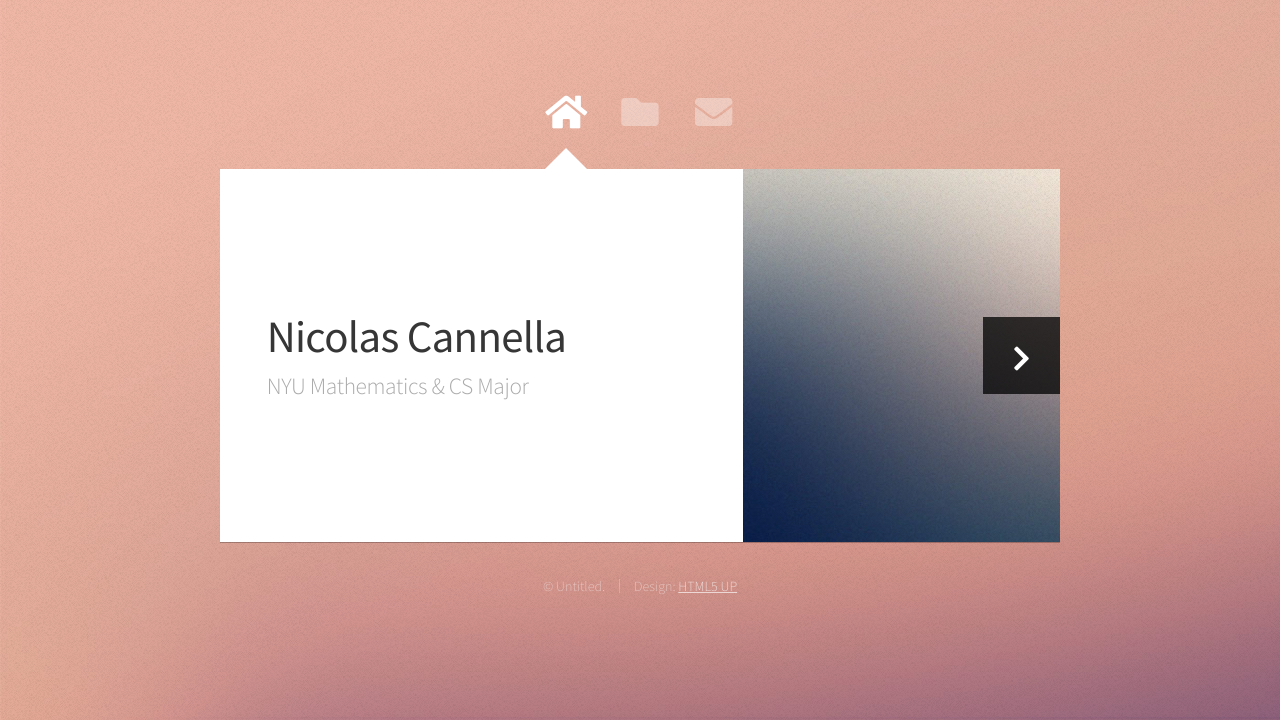
Repository: Lunarros/personal-website
Page: index.html
These files come from the project's save history. The page is drawn as it stood at one moment and after a run of saves; the edit follows.
The browser window is 1280 px wide. The pictures show the whole page.

Above is the page before, as saved 2024-07-26 02:27:06.

### index.html
<!DOCTYPE HTML>
<!--
	Astral by HTML5 UP
	html5up.net | @ajlkn
	Free for personal and commercial use under the CCA 3.0 license (html5up.net/license)
-->
<html>
	<head>
		<title>Astral by HTML5 UP</title>
		<meta charset="utf-8" />
		<meta name="viewport" content="width=device-width, initial-scale=1, user-scalable=no" />
		<link rel="stylesheet" href="assets/css/main.css" />
		<noscript><link rel="stylesheet" href="assets/css/noscript.css" /></noscript>
	</head>
	<body class="is-preload">

		<!-- Wrapper-->
			<div id="wrapper">

				<!-- Nav -->
					<nav id="nav">
						<a href="#" class="icon solid fa-home"><span>Home</span></a>
						<a href="#work" class="icon solid fa-folder"><span>Work</span></a>
						<a href="#contact" class="icon solid fa-envelope"><span>Contact</span></a>
					</nav>

				<!-- Main -->
					<div id="main">

						<!-- Me -->
							<article id="home" class="panel intro">
								<header>
									<h1>Nicolas Cannella</h1>
									<p>NYU Mathematics & CS Major</p>
								</header>
								<a href="#work" class="jumplink pic">
									<span class="arrow icon solid fa-chevron-right"><span>See my work</span></span>
									<img src="images/me.jpg" alt="" />
								</a>
							</article>

						<!-- Work -->
							<article id="work" class="panel">
								<header>
									<h2>Work</h2>
								</header>
								<p>
									Phasellus enim sapien, blandit ullamcorper elementum eu, condimentum eu elit.
									Vestibulum ante ipsum primis in faucibus orci luctus et ultrices posuere cubilia
									luctus elit eget interdum.
								</p>
								<section>
									<div class="row">
										<div class="col-4 col-6-medium col-12-small">
											<a href="#" class="image fit"><img src="images/pic01.jpg" alt=""></a>
										</div>
										<div class="col-4 col-6-medium col-12-small">
											<a href="#" class="image fit"><img src="images/pic02.jpg" alt=""></a>
										</div>
										<div class="col-4 col-6-medium col-12-small">
											<a href="#" class="image fit"><img src="images/pic03.jpg" alt=""></a>
										</div>
										<div class="col-4 col-6-medium col-12-small">
											<a href="#" class="image fit"><img src="images/pic04.jpg" alt=""></a>
										</div>
										<div class="col-4 col-6-medium col-12-small">
											<a href="#" class="image fit"><img src="images/pic05.jpg" alt=""></a>
										</div>
										<div class="col-4 col-6-medium col-12-small">
											<a href="#" class="image fit"><img src="images/pic06.jpg" alt=""></a>
										</div>
										<div class="col-4 col-6-medium col-12-small">
											<a href="#" class="image fit"><img src="images/pic07.jpg" alt=""></a>
										</div>
										<div class="col-4 col-6-medium col-12-small">
											<a href="#" class="image fit"><img src="images/pic08.jpg" alt=""></a>
										</div>
										<div class="col-4 col-6-medium col-12-small">
											<a href="#" class="image fit"><img src="images/pic09.jpg" alt=""></a>
										</div>
										<div class="col-4 col-6-medium col-12-small">
											<a href="#" class="image fit"><img src="images/pic10.jpg" alt=""></a>
										</div>
										<div class="col-4 col-6-medium col-12-small">
											<a href="#" class="image fit"><img src="images/pic11.jpg" alt=""></a>
										</div>
										<div class="col-4 col-6-medium col-12-small">
											<a href="#" class="image fit"><img src="images/pic12.jpg" alt=""></a>
										</div>
									</div>
								</section>
							</article>

						<!-- Contact -->
							<article id="contact" class="panel">
								<header>
									<h2>Contact Me</h2>
								</header>
								<form action="#" method="post">
									<div>
										<div class="row">
											<div class="col-6 col-12-medium">
												<input type="text" name="name" placeholder="Name" />
											</div>
											<div class="col-6 col-12-medium">
												<input type="text" name="email" placeholder="Email" />
											</div>
											<div class="col-12">
												<input type="text" name="subject" placeholder="Subject" />
											</div>
											<div class="col-12">
												<textarea name="message" placeholder="Message" rows="6"></textarea>
											</div>
											<div class="col-12">
												<input type="submit" value="Send Message" />
											</div>
										</div>
									</div>
								</form>
							</article>

					</div>

				<!-- Footer -->
					<div id="footer">
						<ul class="copyright">
							<li>&copy; Untitled.</li><li>Design: <a href="http://html5up.net">HTML5 UP</a></li>
						</ul>
					</div>

			</div>

		<!-- Scripts -->
			<script src="assets/js/jquery.min.js"></script>
			<script src="assets/js/browser.min.js"></script>
			<script src="assets/js/breakpoints.min.js"></script>
			<script src="assets/js/util.js"></script>
			<script src="assets/js/main.js"></script>

	</body>
</html>

Loaded but not shown: assets/js/jquery.min.js (library); assets/js/browser.min.js (common file); assets/js/breakpoints.min.js (common file); assets/css/fontawesome-all.min.css (library); assets/js/util.js (587 lines, source omitted); assets/js/main.js (212 lines, source omitted); assets/css/main.css (2191 lines, source omitted)

After the next 8 saves:
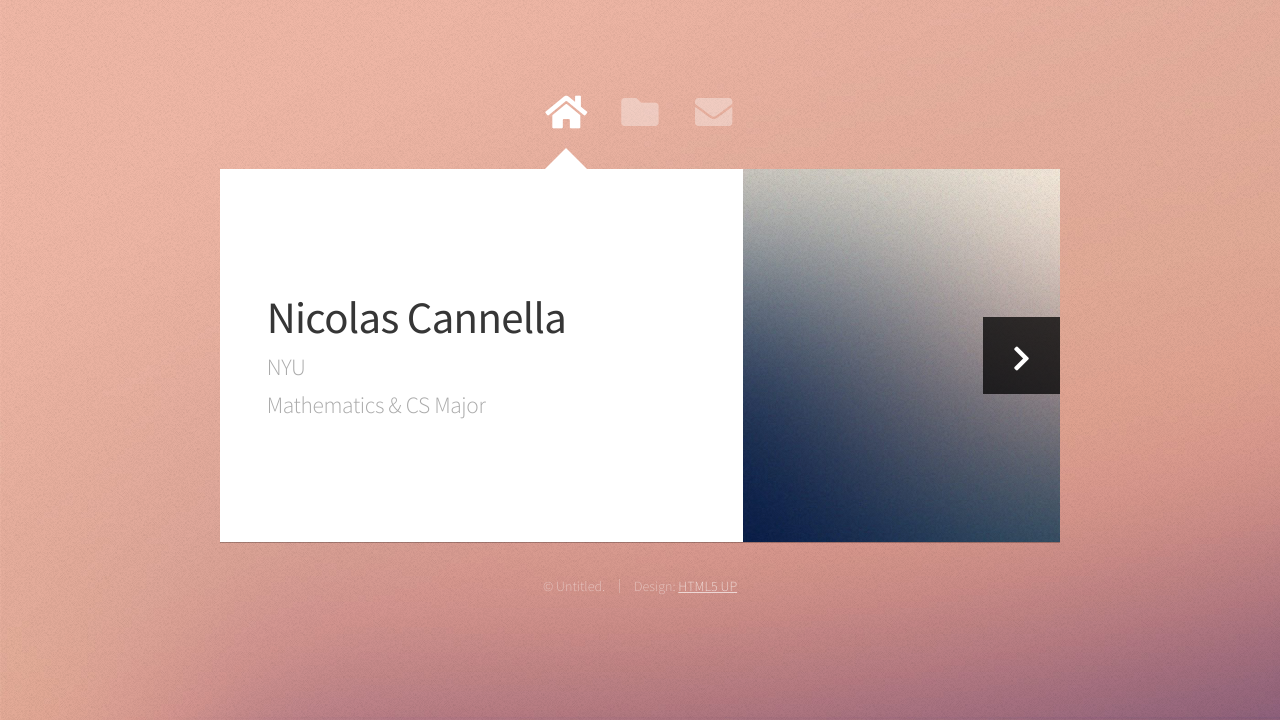
The 8 saves are shown as one change because they came seconds apart.
The last was saved 30 s later.
--- a/index.html
+++ b/index.html
@@ -31,7 +31,8 @@
 							<article id="home" class="panel intro">
 								<header>
 									<h1>Nicolas Cannella</h1>
-									<p>NYU Mathematics & CS Major</p>
+									<p>NYU<p>
+									<p>Mathematics & CS Major</p>
 								</header>
 								<a href="#work" class="jumplink pic">
 									<span class="arrow icon solid fa-chevron-right"><span>See my work</span></span>
